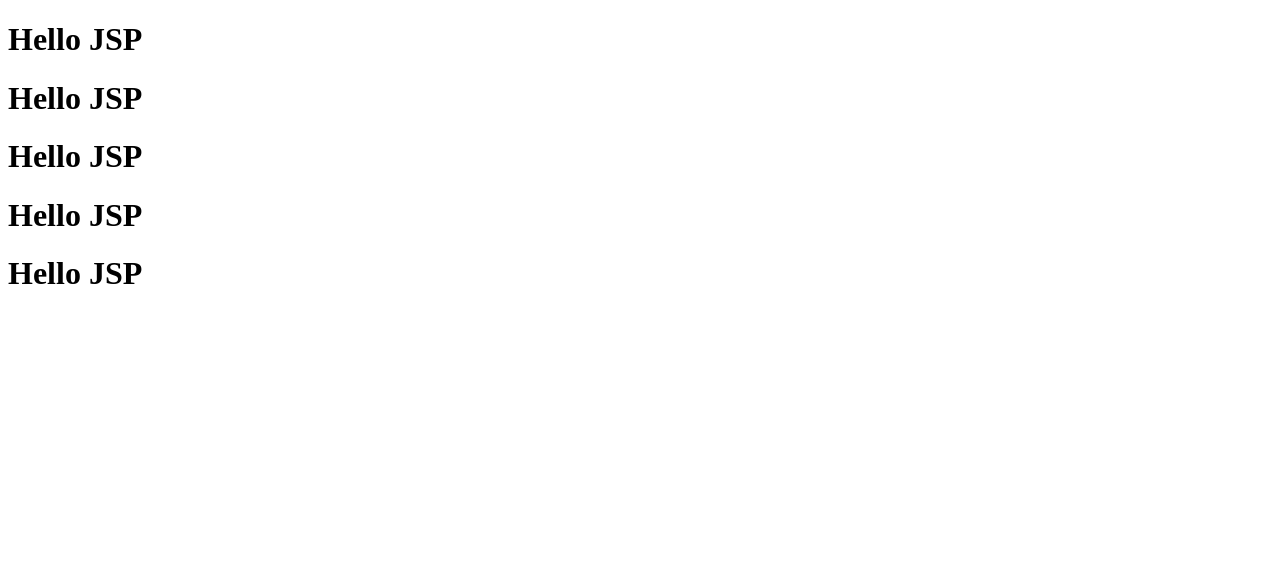
Repository: Jungsol/Servlet_JSP_study
Page: http://localhost/JSP/ex07_out.jsp
An editor plug-in stored every save of this project. The page is shown before and after the next save, followed by the edit.
The browser window is 1280 px wide. The pictures show the whole page.
The page is served by Tomcat 9. Other server files are loaded and not shown.

Above is the page before, as saved 2023-06-08 15:44:07.

### JSP/src/main/webapp/ex07_out.jsp
<%@ page language="java" contentType="text/html; charset=EUC-KR"
    pageEncoding="EUC-KR"%>
<!DOCTYPE html>
<html>
<head>
<meta charset="EUC-KR">
<title>Insert title here</title>
</head>
<body>

	<!-- out객체 : 웹 페이지에 정보를 출력하기 위한 객체
				-> html태그와 같이 사용하게 되면 코드 간결 -->
	<%
		for(int i=0; i<5; i++){
			out.print("<h1>Hello JSP<h1>");
		}
	%>
</body>
</html>

After the next save:
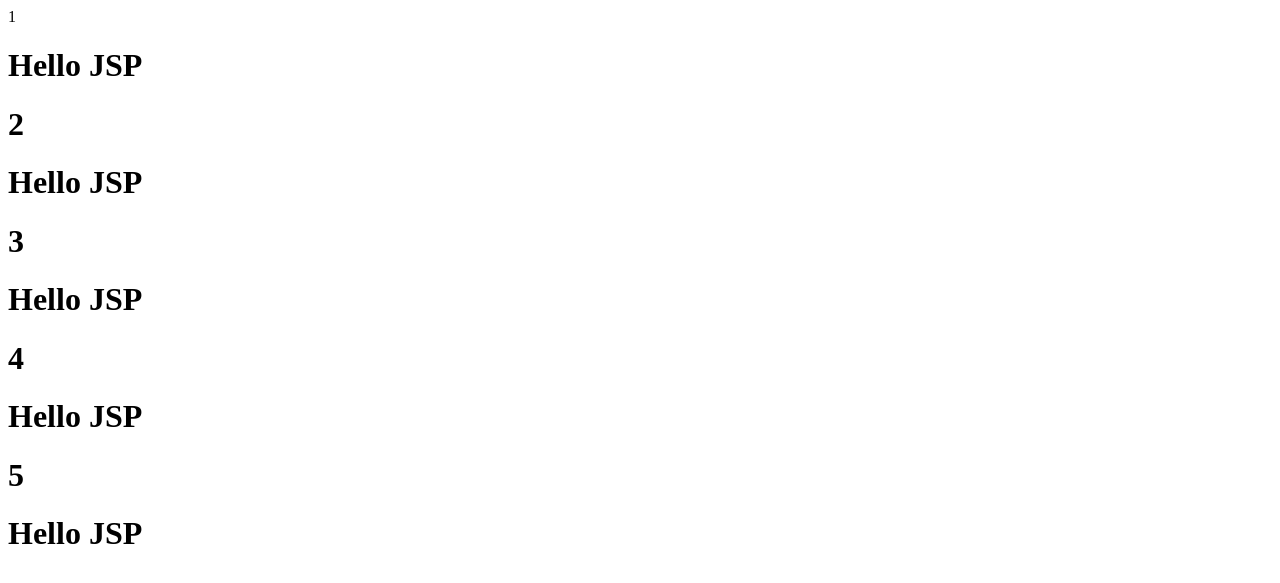
Saved 24 s later.
--- a/JSP/src/main/webapp/ex07_out.jsp
+++ b/JSP/src/main/webapp/ex07_out.jsp
@@ -12,7 +12,7 @@
 				-> html태그와 같이 사용하게 되면 코드 간결 -->
 	<%
 		for(int i=0; i<5; i++){
-			out.print("<h1>Hello JSP<h1>");
+			out.print(i+1+" <h1>Hello JSP<h1>");
 		}
 	%>
 </body>
